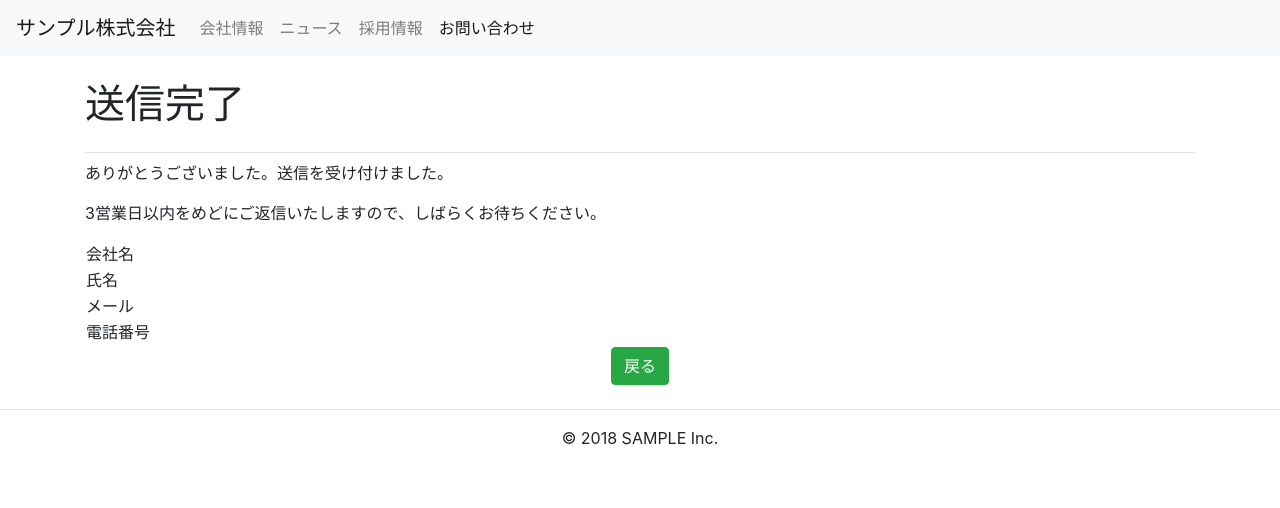
Repository: kazumasatomoto/kadai-tasklist-
Page: complete.html
The author's editor kept a record of every edit. The page is drawn from the files as they stood at one moment, then again after the next edit.
The browser window is 1280 px wide. The pictures show the whole page.
Some web libraries are served in a nearby version.

Above is the page before.

After the next edit:
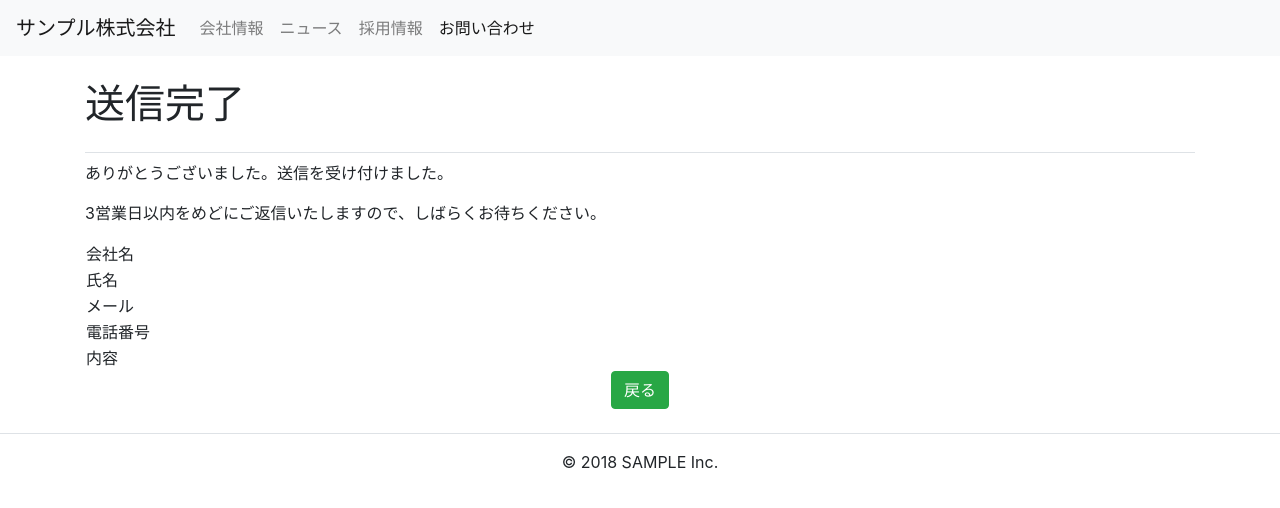
The edit:
--- a/complete.html
+++ b/complete.html
@@ -43,7 +43,7 @@
                     <td>電話番号</td>
                 </tr>
                 <tr>
-                    <td></td>
+                    <td>内容</td>
                 </tr>
             </table>
             <div class="text-center mb-4">
